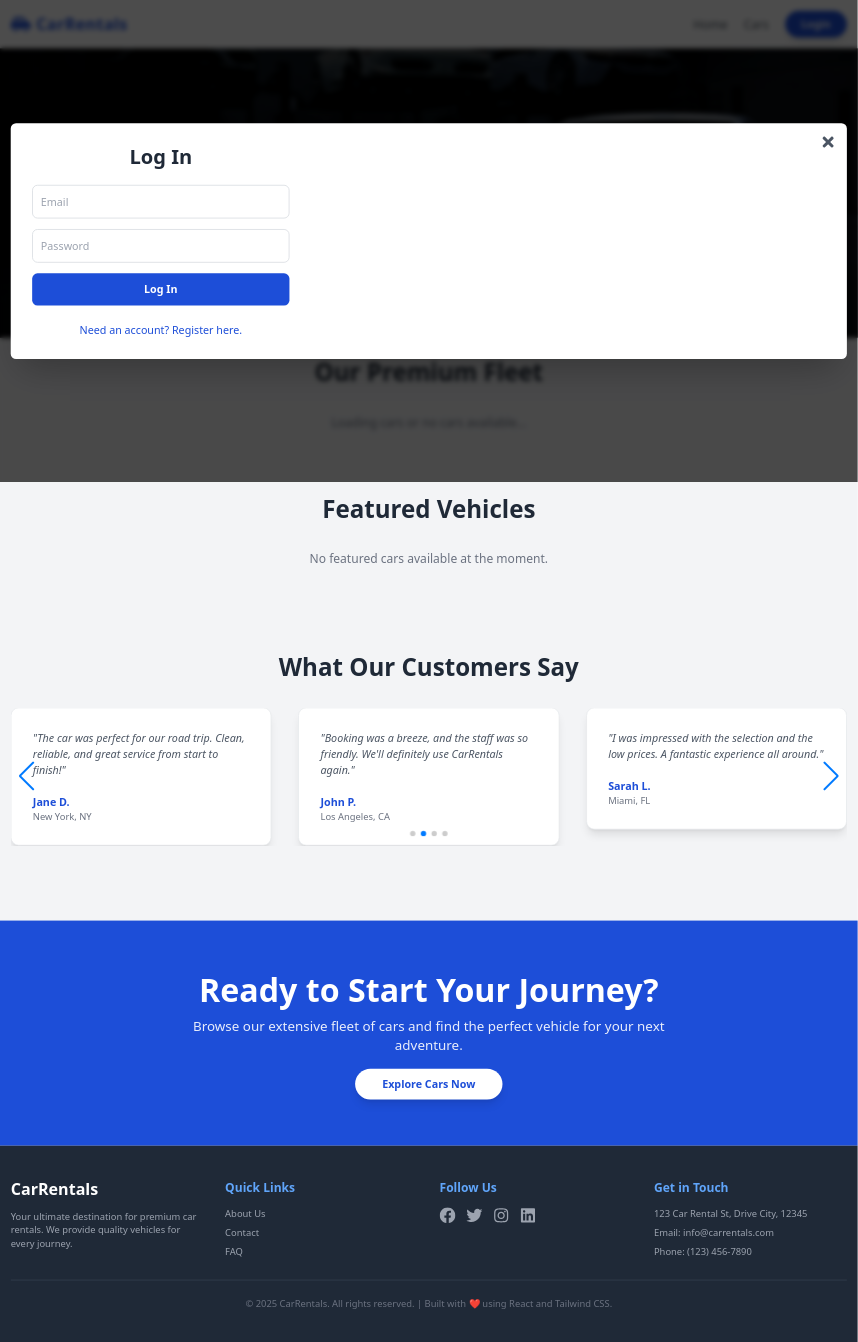
Repository: Daehy-peels/car-rental-app
Page: / (app in client/), after clicking the first element matching `button.bg-primary`
The author's editor kept a copy of each file at every save. The page is drawn from the files as they stood at one save, then again after the next save.
The browser window is 1280 px wide. The pictures show the whole page, at 67% of full size.
The page's requests for data from a server got no answer. The project was rebuilt for these pictures with package versions that can differ from the ones it lists, and the page was loaded fresh each time. No one was signed in, and anything a server would have sent is missing. Also part of the build but not shown: client/vite.config.js, client/src/components/CarCard.jsx, client/src/components/CarDetail.jsx, client/src/components/AddCarForm.jsx, client/src/components/ManageCars.jsx, client/src/pages/AdminDashboard.jsx, client/src/components/RegisterForm.jsx.

Above is the page before, as saved 2025-08-22 13:59:45.

### client/src/main.jsx
// src/main.jsx
import React from "react";
import ReactDOM from "react-dom/client";
import App from "./App.jsx";
import { BrowserRouter } from "react-router-dom";

ReactDOM.createRoot(document.getElementById("root")).render(
  <React.StrictMode>
    <BrowserRouter>
      <App />
    </BrowserRouter>
  </React.StrictMode>
);

### client/src/App.jsx
// src/App.jsx
import React, { useState } from "react";
import { Routes, Route } from "react-router-dom";
import HomePage from "./pages/HomePage";
import AdminDashboard from "./pages/AdminDashboard";
import Navbar from "./components/Navbar";
import Footer from "./components/Footer";
import Modal from "./components/Modal";
import LoginForm from "./components/LoginForm";
import RegisterForm from "./components/RegisterForm";
import "./index.css";

function App() {
  // State to manage the visibility of the auth modal
  const [showAuthModal, setShowAuthModal] = useState(false);
  // State to switch between login and register views in the modal
  const [isLoginView, setIsLoginView] = useState(true);

  // Functions to open and close the auth modal
  const handleOpenAuthModal = () => {
    setShowAuthModal(true);
  };

  const handleCloseAuthModal = () => {
    setShowAuthModal(false);
  };

  return (
    <div className="flex flex-col min-h-screen bg-background font-sans antialiased">
      {/* Pass the handler to the Navbar */}
      <Navbar onAuthClick={handleOpenAuthModal} />

      <div className="flex-grow">
        <Routes>
          {/* Pass the handler to the HomePage */}
          <Route
            path="/"
            element={<HomePage onAuthClick={handleOpenAuthModal} />}
          />
          <Route path="/admin" element={<AdminDashboard />} />
        </Routes>
      </div>
      <Footer />

      {/* Conditionally render the Auth Modal based on state */}
      {showAuthModal && (
        <Modal onClose={handleCloseAuthModal}>
          <div className="max-w-md w-full p-8">
            <h1 className="text-3xl font-bold text-text mb-6 text-center">
              {isLoginView ? "Log In" : "Create an Account"}
            </h1>
            {isLoginView ? <LoginForm /> : <RegisterForm />}
            <div className="text-center mt-6">
              <button
                onClick={() => setIsLoginView(!isLoginView)}
                className="text-primary hover:underline"
              >
                {isLoginView
                  ? "Need an account? Register here."
                  : "Already have an account? Log in here."}
              </button>
            </div>
          </div>
        </Modal>
      )}
    </div>
  );
}

export default App;

### client/src/pages/HomePage.jsx
// src/pages/HomePage.jsx
import React, { useState, useEffect } from "react";
import Hero from "../components/Hero";
import FeaturedCars from "../components/FeaturedCars";
import Testimonials from "../components/Testimonials";
import CallToAction from "../components/CallToAction";
import CarCard from "../components/CarCard";
import CarDetail from "../components/CarDetail";
import { fetchCars } from "../services/api";

const HomePage = ({ onAuthClick }) => {
  const [cars, setCars] = useState([]);
  const [selectedCar, setSelectedCar] = useState(null);

  useEffect(() => {
    const getCars = async () => {
      const carList = await fetchCars();
      setCars(carList);
    };
    getCars();
  }, []);

  const handleCardClick = (car) => {
    // For now, we will always show the auth modal
    // In the future, you can check if a user is logged in
    // before showing the CarDetail
    onAuthClick();
    // setSelectedCar(car); // This line is commented out for now
  };

  const handleCloseDetail = () => {
    setSelectedCar(null);
  };

  return (
    <>
      <Hero />
      <div className="container mx-auto px-4 sm:px-6 lg:px-8">
        <main className="p-8">
          <h2 className="text-4xl font-bold text-text mb-10 text-center animate-fade-in">
            Our Premium Fleet
          </h2>
          {cars.length > 0 ? (
            <div className="grid grid-cols-1 md:grid-cols-2 lg:grid-cols-3 gap-8">
              {cars.map((car) => (
                <CarCard
                  key={car.car_id}
                  car={car}
                  onCardClick={handleCardClick}
                />
              ))}
            </div>
          ) : (
            <p className="text-center text-lg text-gray-500 animate-pulse">
              Loading cars or no cars available...
            </p>
          )}
        </main>
      </div>
      <FeaturedCars onCardClick={handleCardClick} />
      <Testimonials />
      <CallToAction />

      {/* Conditionally render the CarDetail component */}
      {selectedCar && (
        <CarDetail car={selectedCar} onClose={handleCloseDetail} />
      )}
    </>
  );
};

export default HomePage;

### client/src/components/Navbar.jsx
// src/components/Navbar.jsx
import React, { useState } from "react";
import { FaCarSide, FaBars, FaTimes } from "react-icons/fa";
import { Link } from "react-router-dom";

const Navbar = ({ onAuthClick }) => {
  const [isMenuOpen, setIsMenuOpen] = useState(false);

  const toggleMenu = () => {
    setIsMenuOpen(!isMenuOpen);
  };

  return (
    <nav className="bg-white shadow-lg animate-fade-in-down z-50 relative">
      <div className="container mx-auto px-4 py-4 flex justify-between items-center">
        {/* Logo and App Name */}
        <div className="flex items-center space-x-2">
          <FaCarSide className="text-primary text-3xl" />
          <div className="text-2xl font-bold text-primary tracking-wide">
            CarRentals
          </div>
        </div>

        {/* Desktop Navigation Links */}
        <div className="hidden md:flex items-center space-x-6">
          <Link
            to="/"
            className="text-gray-600 hover:text-primary transition-colors text-lg font-medium relative group"
          >
            Home
            <span className="absolute bottom-0 left-0 w-full h-0.5 bg-primary transform scale-x-0 group-hover:scale-x-100 transition-transform duration-300"></span>
          </Link>
          <a
            href="#"
            className="text-gray-600 hover:text-primary transition-colors text-lg font-medium relative group"
          >
            Cars
            <span className="absolute bottom-0 left-0 w-full h-0.5 bg-primary transform scale-x-0 group-hover:scale-x-100 transition-transform duration-300"></span>
          </a>
          <button
            onClick={onAuthClick}
            className="bg-primary text-white hover:bg-secondary px-6 py-2 rounded-full font-semibold transition-all duration-300 shadow-lg transform hover:scale-105"
          >
            Login
          </button>
        </div>

        {/* Mobile menu button */}
        <div className="md:hidden flex items-center">
          <button
            onClick={toggleMenu}
            className="text-gray-600 focus:outline-none"
          >
            {isMenuOpen ? <FaTimes size={24} /> : <FaBars size={24} />}
          </button>
        </div>
      </div>

      {/* Mobile menu content */}
      {isMenuOpen && (
        <div className="md:hidden bg-white shadow-lg py-4 transition-all duration-300 ease-in-out">
          <div className="flex flex-col items-center space-y-4">
            <Link
              to="/"
              className="block text-gray-600 hover:text-primary transition-colors text-lg font-medium w-full text-center py-2"
            >
              Home
            </Link>
            <a
              href="#"
              className="block text-gray-600 hover:text-primary transition-colors text-lg font-medium w-full text-center py-2"
            >
              Cars
            </a>
            <button onClick={onAuthClick} className="block w-full text-center">
              <span className="bg-primary text-white hover:bg-secondary px-6 py-2 rounded-full font-semibold transition-colors w-1/2">
                Login
              </span>
            </button>
          </div>
        </div>
      )}
    </nav>
  );
};

export default Navbar;

### client/src/components/Modal.jsx
// src/components/Modal.jsx
import React from "react";
import { FaTimes } from "react-icons/fa";

const Modal = ({ children, onClose }) => {
  return (
    <div className="fixed inset-0 z-50 flex items-center justify-center bg-black bg-opacity-70 backdrop-blur-sm p-4 animate-fade-in">
      <div className="relative bg-white rounded-lg shadow-2xl w-full max-h-[90vh] overflow-y-auto transform transition-all animate-scale-in">
        <button
          onClick={onClose}
          className="absolute top-4 right-4 text-gray-600 hover:text-gray-900 transition-colors z-10"
        >
          <FaTimes size={24} />
        </button>
        {children}
      </div>
    </div>
  );
};

export default Modal;

### client/src/components/LoginForm.jsx
// src/components/LoginForm.jsx
import React, { useState } from "react";

const LoginForm = ({ onLoginSuccess }) => {
  const [formData, setFormData] = useState({
    email: "",
    password: "",
  });

  const handleChange = (e) => {
    setFormData({ ...formData, [e.target.name]: e.target.value });
  };

  const handleSubmit = async (e) => {
    e.preventDefault();
    try {
      const response = await fetch("http://localhost:3000/api/users/login", {
        method: "POST",
        headers: {
          "Content-Type": "application/json",
        },
        body: JSON.stringify(formData),
      });

      if (response.ok) {
        const user = await response.json();
        alert("Login successful!");
        // Pass the user data back to the parent component
        onLoginSuccess(user);
      } else {
        const errorData = await response.json();
        alert(`Login failed: ${errorData.error}`);
      }
    } catch (error) {
      console.error("Error:", error);
      alert("An error occurred. Please try again.");
    }
  };

  return (
    <form onSubmit={handleSubmit} className="space-y-4">
      <input
        type="email"
        name="email"
        value={formData.email}
        onChange={handleChange}
        placeholder="Email"
        required
        className="w-full p-3 border border-gray-300 rounded-lg focus:outline-none focus:ring-2 focus:ring-primary"
      />
      <input
        type="password"
        name="password"
        value={formData.password}
        onChange={handleChange}
        placeholder="Password"
        required
        className="w-full p-3 border border-gray-300 rounded-lg focus:outline-none focus:ring-2 focus:ring-primary"
      />
      <button
        type="submit"
        className="w-full bg-primary text-white font-semibold py-3 rounded-lg hover:bg-secondary transition-colors"
      >
        Log In
      </button>
    </form>
  );
};

export default LoginForm;

### client/src/index.css
/* client/src/index.css */
@tailwind base;
@tailwind components;
@tailwind utilities;

### client/src/components/Hero.jsx
// src/components/Hero.jsx
import React from "react";
import mainCarImage from "../assets/hero.jpg";

const Hero = () => {
  return (
    <div className="relative h-[50vh] md:h-[60vh] flex items-center justify-center text-center">
      {/* Responsive Background Image */}
      <img
        src={mainCarImage}
        alt="A stylish car on the road"
        className="absolute inset-0 w-full h-full object-cover"
      />

      {/* Semi-transparent overlay with a subtle gradient */}
      <div className="absolute inset-0 bg-gradient-to-t from-black/60 to-black/30"></div>

      {/* Content */}
      <div className="relative z-10 text-white p-4 animate-fade-in-up">
        <h1 className="text-4xl md:text-6xl font-extrabold mb-4 leading-tight">
          Your Next Adventure Starts Here.
        </h1>
        <p className="text-lg md:text-xl mb-8 max-w-2xl mx-auto opacity-90">
          Find and book the perfect car for your journey with ease.
        </p>
        <a
          href="#"
          className="bg-white text-primary font-bold py-3 px-10 rounded-full shadow-lg hover:bg-gray-100 transition-colors duration-300 transform hover:scale-105"
        >
          Browse Our Fleet
        </a>
      </div>
    </div>
  );
};

export default Hero;

### client/src/components/FeaturedCars.jsx
// src/components/FeaturedCars.jsx
import React, { useState, useEffect } from "react";
import CarCard from "./CarCard";
import { fetchFeaturedCars } from "../services/api";

const FeaturedCars = ({ onCardClick }) => {
  const [featuredCars, setFeaturedCars] = useState([]);
  const [loading, setLoading] = useState(true);

  useEffect(() => {
    const getFeaturedCars = async () => {
      const cars = await fetchFeaturedCars(3); // Fetch 3 featured cars
      setFeaturedCars(cars);
      setLoading(false);
    };
    getFeaturedCars();
  }, []);

  if (loading) {
    return (
      <section className="py-16">
        <div className="container mx-auto px-4">
          <p className="text-center text-lg text-gray-500 animate-pulse">
            Loading featured cars...
          </p>
        </div>
      </section>
    );
  }

  return (
    <section className="py-16">
      <div className="container mx-auto px-4">
        <h2 className="text-4xl font-bold text-text text-center mb-10">
          Featured Vehicles
        </h2>
        {featuredCars.length > 0 ? (
          <div className="grid grid-cols-1 md:grid-cols-2 lg:grid-cols-3 gap-8">
            {featuredCars.map((car) => (
              <CarCard key={car.car_id} car={car} onCardClick={onCardClick} />
            ))}
          </div>
        ) : (
          <p className="text-center text-lg text-gray-500">
            No featured cars available at the moment.
          </p>
        )}
      </div>
    </section>
  );
};

export default FeaturedCars;

### client/src/components/Testimonials.jsx
// src/components/Testimonials.jsx
import React from "react";
import { Swiper, SwiperSlide } from "swiper/react";
import { Pagination, Navigation, Autoplay } from "swiper/modules";

// Import Swiper styles
import "swiper/css";
import "swiper/css/pagination";
import "swiper/css/navigation";

// Placeholder testimonial data
const testimonials = [
  {
    quote:
      "The car was perfect for our road trip. Clean, reliable, and great service from start to finish!",
    name: "Jane D.",
    location: "New York, NY",
  },
  {
    quote:
      "Booking was a breeze, and the staff was so friendly. We'll definitely use CarRentals again.",
    name: "John P.",
    location: "Los Angeles, CA",
  },
  {
    quote:
      "I was impressed with the selection and the low prices. A fantastic experience all around.",
    name: "Sarah L.",
    location: "Miami, FL",
  },
  {
    quote:
      "The car was a great value and the pickup process was quick and easy. Highly recommended!",
    name: "Mike T.",
    location: "Chicago, IL",
  },
];

const Testimonials = () => {
  return (
    <section className="bg-background py-16">
      <div className="container mx-auto px-4">
        <h2 className="text-4xl font-bold text-text text-center mb-10">
          What Our Customers Say
        </h2>
        <Swiper
          modules={[Pagination, Navigation, Autoplay]}
          spaceBetween={30}
          slidesPerView={1}
          centeredSlides={true}
          navigation
          pagination={{ clickable: true }}
          autoplay={{ delay: 5000, disableOnInteraction: false }}
          breakpoints={{
            768: {
              slidesPerView: 2,
              spaceBetween: 30,
            },
            1024: {
              slidesPerView: 3,
              spaceBetween: 40,
            },
          }}
          className="mySwiper"
        >
          {testimonials.map((testimonial, index) => (
            <SwiperSlide key={index}>
              <div className="bg-white p-8 rounded-xl shadow-lg border border-gray-200 h-full flex flex-col justify-between">
                <p className="text-gray-600 italic mb-6">
                  "{testimonial.quote}"
                </p>
                <div>
                  <p className="font-semibold text-primary">
                    {testimonial.name}
                  </p>
                  <p className="text-sm text-gray-500">
                    {testimonial.location}
                  </p>
                </div>
              </div>
            </SwiperSlide>
          ))}
        </Swiper>
      </div>
    </section>
  );
};

export default Testimonials;

### client/src/components/CallToAction.jsx
// src/components/CallToAction.jsx
import React from "react";

const CallToAction = () => {
  return (
    <section className="bg-primary text-white py-20 mt-12">
      <div className="container mx-auto px-4 text-center">
        <h2 className="text-4xl md:text-5xl font-bold mb-4">
          Ready to Start Your Journey?
        </h2>
        <p className="text-lg md:text-xl mb-8 max-w-3xl mx-auto opacity-90">
          Browse our extensive fleet of cars and find the perfect vehicle for
          your next adventure.
        </p>
        <a
          href="#"
          className="bg-white text-primary font-bold py-3 px-10 rounded-full shadow-lg hover:bg-gray-100 transition-colors duration-300 transform hover:scale-105"
        >
          Explore Cars Now
        </a>
      </div>
    </section>
  );
};

export default CallToAction;

Loaded but not shown: client/index.html (common file); client/src/services/api.js (70 lines, source omitted); client/tailwind.config.js (63 lines, source omitted); client/src/components/Footer.jsx (112 lines, source omitted)

After the next save:
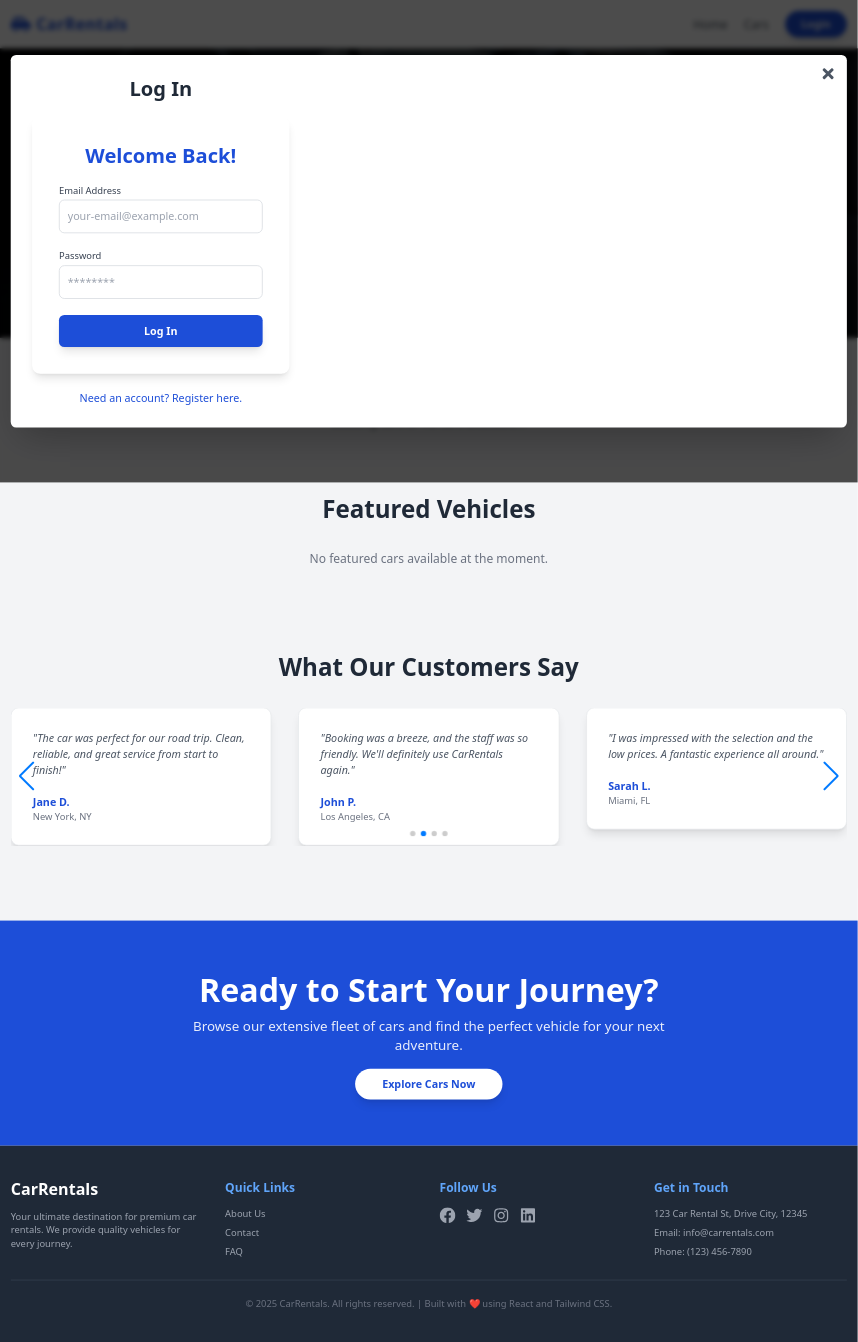
Saved 4 min 28 s later.
--- a/client/src/components/LoginForm.jsx
+++ b/client/src/components/LoginForm.jsx
@@ -25,7 +25,6 @@ const LoginForm = ({ onLoginSuccess }) => {
       if (response.ok) {
         const user = await response.json();
         alert("Login successful!");
-        // Pass the user data back to the parent component
         onLoginSuccess(user);
       } else {
         const errorData = await response.json();
@@ -38,32 +37,55 @@ const LoginForm = ({ onLoginSuccess }) => {
   };
 
   return (
-    <form onSubmit={handleSubmit} className="space-y-4">
-      <input
-        type="email"
-        name="email"
-        value={formData.email}
-        onChange={handleChange}
-        placeholder="Email"
-        required
-        className="w-full p-3 border border-gray-300 rounded-lg focus:outline-none focus:ring-2 focus:ring-primary"
-      />
-      <input
-        type="password"
-        name="password"
-        value={formData.password}
-        onChange={handleChange}
-        placeholder="Password"
-        required
-        className="w-full p-3 border border-gray-300 rounded-lg focus:outline-none focus:ring-2 focus:ring-primary"
-      />
-      <button
-        type="submit"
-        className="w-full bg-primary text-white font-semibold py-3 rounded-lg hover:bg-secondary transition-colors"
-      >
-        Log In
-      </button>
-    </form>
+    <div className="p-8 md:p-10 rounded-xl shadow-lg bg-white max-w-sm mx-auto w-full">
+      <h2 className="text-3xl font-bold text-center text-primary mb-6">
+        Welcome Back!
+      </h2>
+      <form onSubmit={handleSubmit} className="space-y-6">
+        <div>
+          <label
+            htmlFor="email"
+            className="block text-sm font-medium text-gray-700 mb-1"
+          >
+            Email Address
+          </label>
+          <input
+            type="email"
+            id="email"
+            name="email"
+            value={formData.email}
+            onChange={handleChange}
+            placeholder="your-email@example.com"
+            required
+            className="w-full p-3 border border-gray-300 rounded-lg focus:outline-none focus:ring-2 focus:ring-primary focus:border-transparent transition-colors"
+          />
+        </div>
+        <div>
+          <label
+            htmlFor="password"
+            className="block text-sm font-medium text-gray-700 mb-1"
+          >
+            Password
+          </label>
+          <input
+            type="password"
+            id="password"
+            name="password"
+            value={formData.password}
+            onChange={handleChange}
+            placeholder="********"
+            required
+            className="w-full p-3 border border-gray-300 rounded-lg focus:outline-none focus:ring-2 focus:ring-primary focus:border-transparent transition-colors"
+          />
+        </div>
+        <button
+          type="submit"
+          className="w-full bg-primary text-white font-semibold py-3 rounded-lg hover:bg-secondary transition-all duration-300 shadow-lg transform hover:scale-105"
+        >
+          Log In
+        </button>
+      </form>
+    </div>
   );
 };
 
